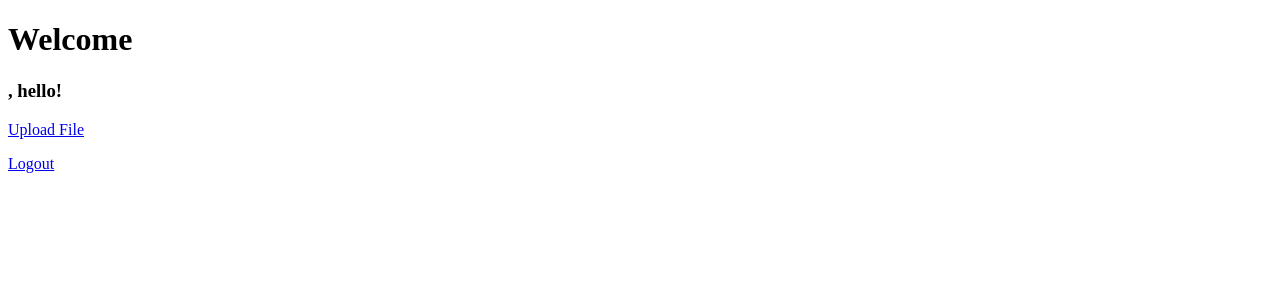
Repository: SvetlanaK367/TrainingJAVA
Page: http://localhost/FinalProject/jsp/main.jsp
An editor plug-in stored every save of this project. The page is shown before and after the next save, followed by the edit.
The browser window is 1280 px wide. The pictures show the whole page.
The page is served by Tomcat 9. Other server files are loaded and not shown.

Above is the page before, as saved 2017-04-02 18:29:48.

### FinalProject/WebContent/jsp/main.jsp
<%@ page language="java" contentType="text/html; charset=UTF-8"
    pageEncoding="UTF-8"%>
<!DOCTYPE html PUBLIC "-//W3C//DTD HTML 4.01 Transitional//EN" "http://www.w3.org/TR/html4/loose.dtd">
<html>
<head>
<meta http-equiv="Content-Type" content="text/html; charset=UTF-8">
<title>Welcome</title>
</head>
<body>
	<h1>Welcome</h1>
		<h3> ${user}, hello!</h3>

	<p style="color:green"><a href="/jsp/fileUpload.jsp"/> Upload File</a></p>
	<p style="color:red"><a href="controller?command=logout">Logout</a></p>
</body>
</html>

After the next save:
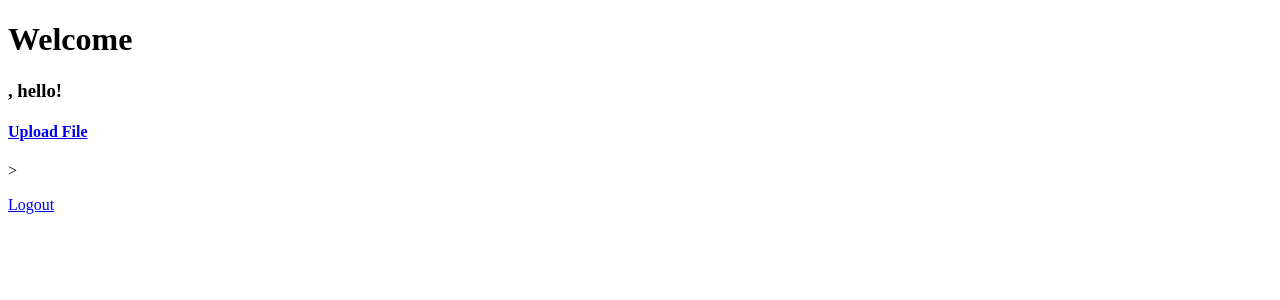
Saved 35 s later.
--- a/FinalProject/WebContent/jsp/main.jsp
+++ b/FinalProject/WebContent/jsp/main.jsp
@@ -10,7 +10,7 @@
 	<h1>Welcome</h1>
 		<h3> ${user}, hello!</h3>
 
-	<p style="color:green"><a href="/jsp/fileUpload.jsp"/> Upload File</a></p>
+	<p style="color:green"><h4><a href="/jsp/fileUpload.jsp"/> Upload File</a></h4>></p>
 	<p style="color:red"><a href="controller?command=logout">Logout</a></p>
 </body>
 </html>
